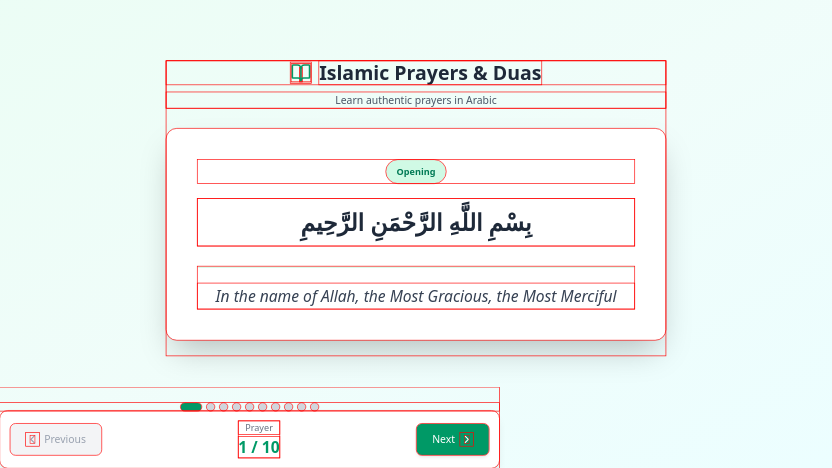
Repository: AbdulquddusMuhammad/prayerApp2.0
Page: /
The author's editor kept a copy of each file at every save. The page is drawn from the files as they stood at one save, then again after the next save.
The browser window is 1280 px wide. The pictures show the whole page, at 65% of full size.
The project was rebuilt for these pictures with package versions that can differ from the ones it lists, and the page was loaded fresh each time. Also part of the build but not shown: vite.config.js.

Above is the page before, as saved 2026-01-18 09:10:36.

After the next save:
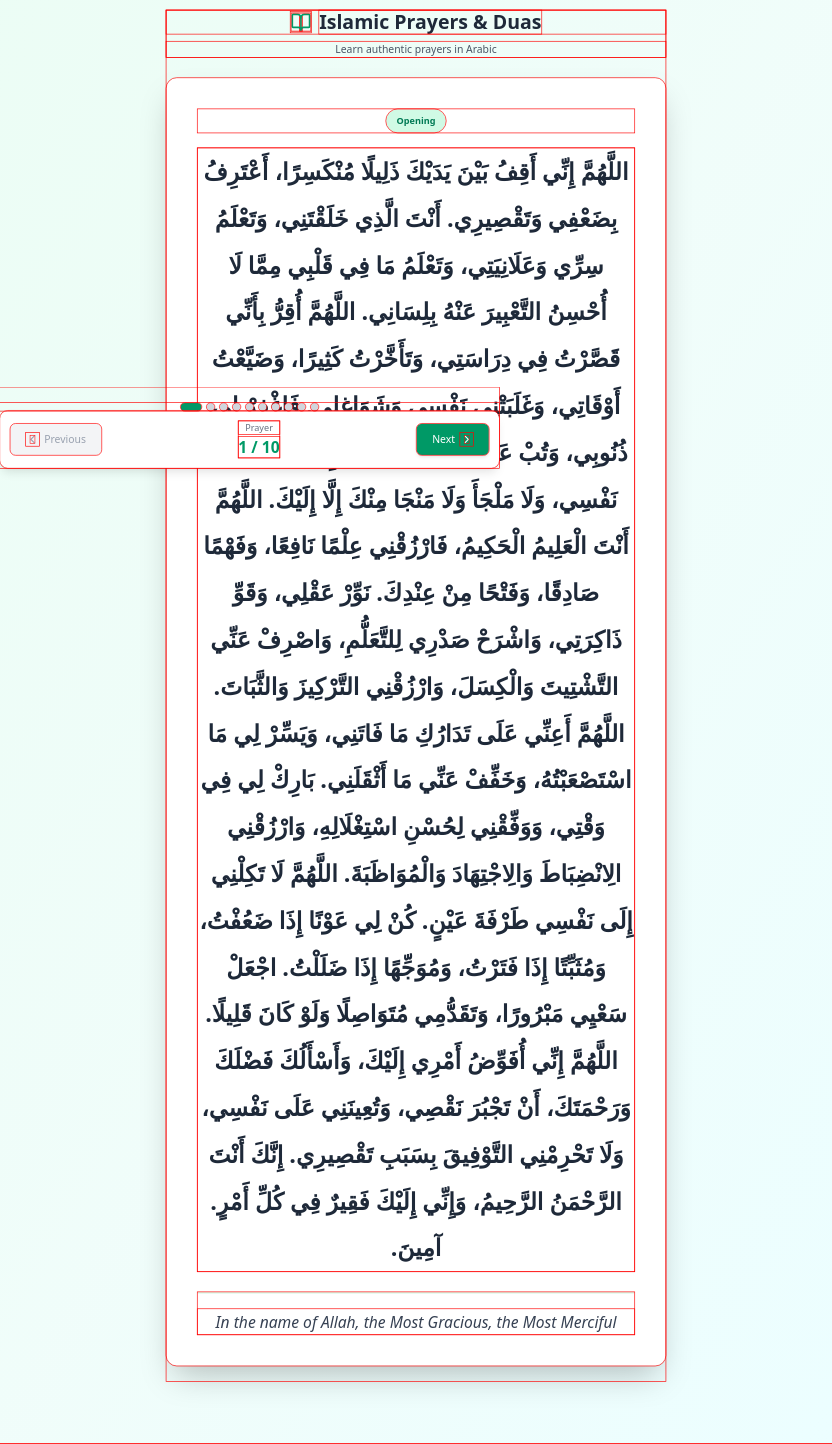
Saved 2 min 0 s later.
--- a/src/App.jsx
+++ b/src/App.jsx
@@ -7,7 +7,18 @@ const App = () => {
     prayers: [
       {
         id: 1,
-        arabic: "بِسْمِ اللَّهِ الرَّحْمَنِ الرَّحِيمِ",
+        arabic: `اللَّهُمَّ إِنِّي أَقِفُ بَيْنَ يَدَيْكَ ذَلِيلًا مُنْكَسِرًا، أَعْتَرِفُ بِضَعْفِي وَتَقْصِيرِي. أَنْتَ الَّذِي خَلَقْتَنِي، وَتَعْلَمُ سِرِّي وَعَلَانِيَتِي، وَتَعْلَمُ مَا فِي قَلْبِي مِمَّا لَا أُحْسِنُ التَّعْبِيرَ عَنْهُ بِلِسَانِي.
+
+اللَّهُمَّ أُقِرُّ بِأَنِّي قَصَّرْتُ فِي دِرَاسَتِي، وَتَأَخَّرْتُ كَثِيرًا، وَضَيَّعْتُ أَوْقَاتِي، وَغَلَبَتْنِي نَفْسِي وَشَوَاغِلِي. فَاغْفِرْ لِي ذُنُوبِي، وَتُبْ عَلَيَّ تَوْبَةً نَصُوحًا، فَإِنِّي قَدْ ظَلَمْتُ نَفْسِي، وَلَا مَلْجَأَ وَلَا مَنْجَا مِنْكَ إِلَّا إِلَيْكَ.
+
+اللَّهُمَّ أَنْتَ الْعَلِيمُ الْحَكِيمُ، فَارْزُقْنِي عِلْمًا نَافِعًا، وَفَهْمًا صَادِقًا، وَفَتْحًا مِنْ عِنْدِكَ. نَوِّرْ عَقْلِي، وَقَوِّ ذَاكِرَتِي، وَاشْرَحْ صَدْرِي لِلتَّعَلُّمِ، وَاصْرِفْ عَنِّي التَّشْتِيتَ وَالْكِسَلَ، وَارْزُقْنِي التَّرْكِيزَ وَالثَّبَاتَ.
+
+اللَّهُمَّ أَعِنِّي عَلَى تَدَارُكِ مَا فَاتَنِي، وَيَسِّرْ لِي مَا اسْتَصْعَبْتُهُ، وَخَفِّفْ عَنِّي مَا أَثْقَلَنِي. بَارِكْ لِي فِي وَقْتِي، وَوَفِّقْنِي لِحُسْنِ اسْتِغْلَالِهِ، وَارْزُقْنِي الِانْضِبَاطَ وَالِاجْتِهَادَ وَالْمُوَاظَبَةَ.
+
+اللَّهُمَّ لَا تَكِلْنِي إِلَى نَفْسِي طَرْفَةَ عَيْنٍ. كُنْ لِي عَوْنًا إِذَا ضَعُفْتُ، وَمُثَبِّتًا إِذَا فَتَرْتُ، وَمُوَجِّهًا إِذَا ضَلَلْتُ. اجْعَلْ سَعْيِي مَبْرُورًا، وَتَقَدُّمِي مُتَوَاصِلًا وَلَوْ كَانَ قَلِيلًا.
+
+اللَّهُمَّ إِنِّي أُفَوِّضُ أَمْرِي إِلَيْكَ، وَأَسْأَلُكَ فَضْلَكَ وَرَحْمَتَكَ، أَنْ تَجْبُرَ نَقْصِي، وَتُعِينَنِي عَلَى نَفْسِي، وَلَا تَحْرِمْنِي التَّوْفِيقَ بِسَبَبِ تَقْصِيرِي. إِنَّكَ أَنْتَ الرَّحْمَنُ الرَّحِيمُ، وَإِنِّي إِلَيْكَ فَقِيرٌ فِي كُلِّ أَمْرٍ. آمِينَ.
+`,
         translation: "In the name of Allah, the Most Gracious, the Most Merciful",
         category: "Opening",
       },
